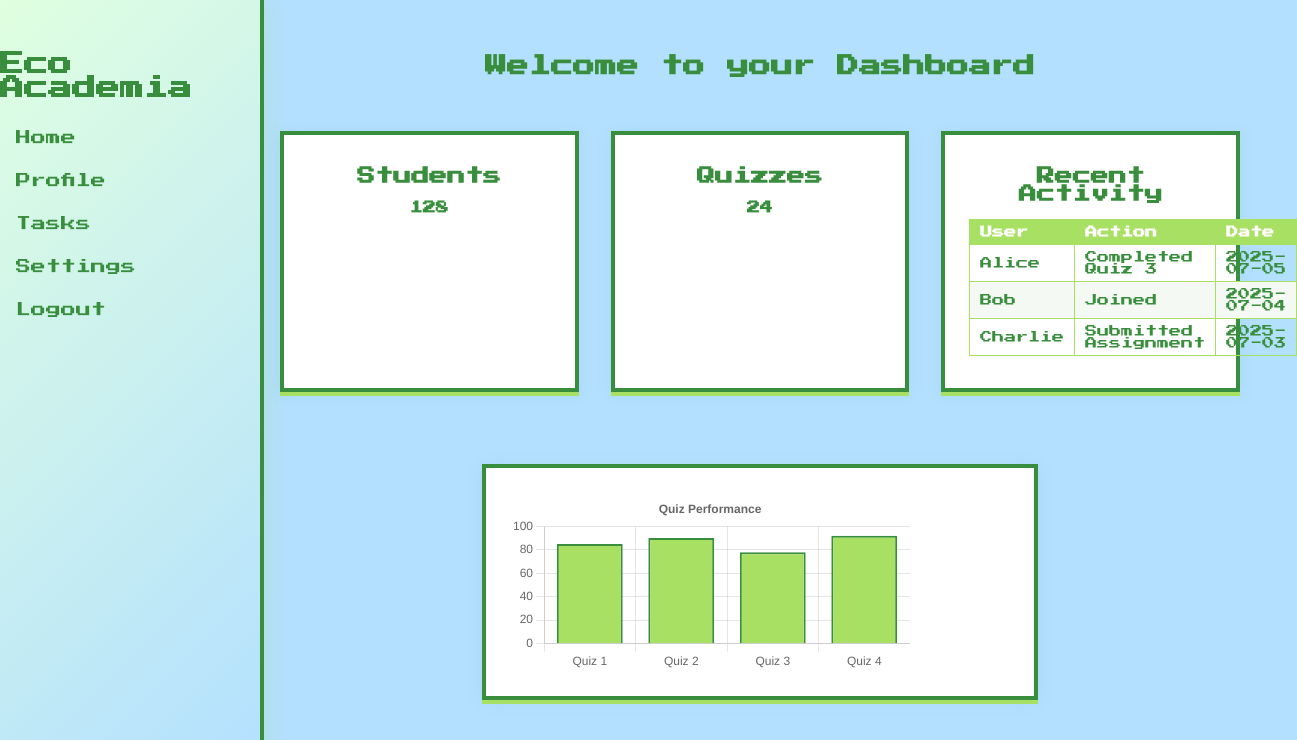
Repository: hotaruhshs/eco-academia
Page: admin/dashboard.html
These files come from the project's save history. The page is drawn as it stood at one moment and after the next save; the edit follows.
The browser window is 1280 px wide. The page is 1297 px wide, so the pictures cover 1297 px, including what lies to the right of the window. The pictures show the whole page.

Above is the page before, as saved 2025-07-06 01:53:29.

### admin/dashboard.html
<!DOCTYPE html>
<html lang="en">
  <head>
    <meta charset="UTF-8" />
    <meta name="viewport" content="width=device-width, initial-scale=1.0" />
    <title>Eco Academia Dashboard</title>
    <link rel="stylesheet" href="css/dashboard.css" />
    <link
      href="https://fonts.googleapis.com/css2?family=Press+Start+2P&display=swap"
      rel="stylesheet"
    />
  </head>
  <body>
    <div class="sidebar">
      <div
        class="hamburger"
        id="hamburgerMenu"
        aria-label="Open navigation"
        tabindex="0"
      >
        <span></span>
        <span></span>
        <span></span>
      </div>
      <h2>Eco Academia</h2>
      <ul id="sidebarLinks">
        <li><a href="#">Home</a></li>
        <li><a href="#">Profile</a></li>
        <li><a href="#">Tasks</a></li>
        <li><a href="#">Settings</a></li>
        <li><a href="#">Logout</a></li>
      </ul>
    </div>
    <div class="main-content">
      <h1>Welcome to your Dashboard</h1>
      <div class="metrics-cards">
        <div class="card metric-card">
          <h3>Students</h3>
          <p class="metric-value">128</p>
        </div>
        <div class="card metric-card">
          <h3>Quizzes</h3>
          <p class="metric-value">24</p>
        </div>
        <div class="card metric-card">
          <h3>Recent Activity</h3>
          <table class="activity-table">
            <thead>
              <tr>
                <th>User</th>
                <th>Action</th>
                <th>Date</th>
              </tr>
            </thead>
            <tbody>
              <tr>
                <td>Alice</td>
                <td>Completed Quiz 3</td>
                <td>2025-07-05</td>
              </tr>
              <tr>
                <td>Bob</td>
                <td>Joined</td>
                <td>2025-07-04</td>
              </tr>
              <tr>
                <td>Charlie</td>
                <td>Submitted Assignment</td>
                <td>2025-07-03</td>
              </tr>
            </tbody>
          </table>
        </div>
      </div>
      <div class="charts-section">
        <canvas id="progressChart" width="400" height="180"></canvas>
      </div>
    </div>
    <script src="js/dashboard.js"></script>
  </body>
</html>

### admin/css/dashboard.css
body {
  margin: 0;
  font-family: "Press Start 2P", "Segoe UI", Tahoma, Geneva, Verdana, sans-serif;
  background: #b3e0ff;
  color: #23272e;
  min-height: 100vh;
  /* Remove flex layout from body to allow normal block flow */
}

body::before,
body::after {
  display: none;
}
@import url("https://fonts.googleapis.com/css2?family=Press+Start+2P&display=swap");

.sidebar {
  position: fixed;
  left: 0;
  top: 0;
  width: 260px;
  height: 100%;
  background: linear-gradient(135deg, #e0ffe0 0%, #b3e0ff 100%);
  color: #388e3c;
  padding: 32px 0 16px 0;
  box-shadow: 4px 0 24px #a8e06333;
  border-right: 4px solid #388e3c;
  display: flex;
  flex-direction: column;
  align-items: center;
  transition: background 0.3s;
}
.sidebar-header {
  display: flex;
  align-items: center;
  gap: 12px;
  margin-bottom: 32px;
}
.sidebar-logo {
  width: 40px;
  height: 40px;
  background: #a8e063;
  border-radius: 12px;
  display: flex;
  align-items: center;
  justify-content: center;
}
.sidebar-title {
  font-family: "Press Start 2P", cursive;
  font-size: 18px;
  color: #388e3c;
  letter-spacing: 1px;
}
.sidebar-section {
  width: 100%;
  padding: 0 24px;
  margin-bottom: 18px;
}
.sidebar-section-title {
  font-size: 12px;
  color: #388e3c;
  opacity: 0.7;
  margin: 18px 0 8px 0;
  font-family: "Press Start 2P", cursive;
  letter-spacing: 1px;
}
.sidebar ul {
  list-style: none;
  padding: 0;
  margin: 0;
  width: 100%;
}
.sidebar ul li {
  margin: 0 0 8px 0;
  transition: background 0.2s, transform 0.2s;
  border-radius: 8px;
}
.sidebar ul li a {
  color: #388e3c;
  text-decoration: none;
  font-size: 15px;
  display: flex;
  align-items: center;
  gap: 12px;
  padding: 10px 16px;
  border-radius: 8px;
  font-family: "Press Start 2P", cursive;
  background: transparent;
  transition: background 0.2s, color 0.2s;
}
.sidebar ul li a:hover, .sidebar ul li a:focus {
  background: #a8e06333;
  color: #23272e;
  outline: none;
}
.sidebar-profile {
  margin-top: auto;
  width: 100%;
  padding: 16px 24px 0 24px;
  display: flex;
  align-items: center;
  gap: 12px;
  border-top: 1px solid #a8e06355;
}
.sidebar-profile-img {
  width: 36px;
  height: 36px;
  border-radius: 50%;
  background: #a8e063;
  display: flex;
  align-items: center;
  justify-content: center;
  overflow: hidden;
}
.sidebar-profile-info {
  display: flex;
  flex-direction: column;
}
.sidebar-profile-name {
  font-size: 13px;
  font-family: "Press Start 2P", cursive;
  color: #388e3c;
}
.sidebar-profile-email {
  font-size: 11px;
  color: #388e3c;
  opacity: 0.7;
}
.main-content {
  margin-left: 240px;
  padding: 40px;
  max-width: none;
  width: calc(100vw - 240px);
  box-sizing: border-box;
  display: flex;
  flex-direction: column;
  align-items: center;
}
.main-content h1 {
  color: #388e3c;
  font-family: "Press Start 2P", cursive;
  font-size: 22px;
  margin-bottom: 24px;
}
.cards {
  display: grid;
  grid-template-columns: repeat(3, 1fr);
  gap: 32px;
  margin-top: 30px;
  width: 100%;
}
.metrics-cards {
  display: grid;
  grid-template-columns: repeat(3, 1fr);
  gap: 32px;
  margin-top: 30px;
  margin-bottom: 32px;
  width: 100%;
}
.card {
  background: #fff;
  border-radius: 0;
  box-shadow: 0 4px 0 #a8e063, 0 2px 16px rgba(56, 142, 60, 0.08);
  padding: 32px 24px;
  border: 4px solid #388e3c;
  color: #388e3c;
  font-family: "Press Start 2P", "Segoe UI", Tahoma, Geneva, Verdana, sans-serif;
  text-align: center;
  transition: box-shadow 0.2s, border-color 0.2s;
  position: relative;
}
.card:hover {
  box-shadow: 0 8px 0 #a8e063, 0 4px 32px rgba(56, 142, 60, 0.18);
  border-color: #a8e063;
}
.card h3 {
  margin-top: 0;
  font-size: 18px;
  color: #388e3c;
  margin-bottom: 16px;
}
.card p {
  font-size: 13px;
  color: #388e3c;
}

/* Pixel-style button */
.btn-pixel {
  font-family: "Press Start 2P", cursive;
  background: #fff;
  color: #388e3c;
  border: 3px solid #388e3c;
  padding: 10px 24px;
  border-radius: 0;
  box-shadow: 2px 2px 0 #a8e063;
  cursor: pointer;
  transition: background 0.2s, color 0.2s;
  outline: 2px solid #a8e063;
  outline-offset: -6px;
  text-transform: uppercase;
  letter-spacing: 1px;
}
.btn-pixel:hover {
  background: #388e3c;
  color: #fff;
  border-color: #a8e063;
  outline: 2px solid #388e3c;
}

::-webkit-scrollbar {
  width: 8px;
  background: #fff;
}
::-webkit-scrollbar-thumb {
  background: #a8e063;
}
.metric-card {
  min-width: 180px;
}
.metric-value {
  font-size: 32px;
  font-weight: bold;
  color: #23272e;
  margin: 16px 0 0 0;
}
.activity-table {
  width: 100%;
  border-collapse: collapse;
  margin-top: 10px;
  font-size: 12px;
}
.activity-table th,
.activity-table td {
  border: 1px solid #a8e063;
  padding: 6px 10px;
  text-align: left;
}
.activity-table th {
  background: #a8e063;
  color: #fff;
}
.activity-table tr:nth-child(even) {
  background: #f4f9f4;
}
.charts-section {
  margin-top: 40px;
  background: #fff;
  border: 4px solid #388e3c;
  box-shadow: 0 4px 0 #a8e063, 0 2px 16px rgba(56, 142, 60, 0.08);
  padding: 24px;
  border-radius: 0;
  max-width: 500px;
  width: 100%;
  margin-left: auto;
  margin-right: auto;
}

/* Hamburger menu styles */
.hamburger {
  display: none;
  flex-direction: column;
  justify-content: center;
  align-items: center;
  width: 40px;
  height: 40px;
  cursor: pointer;
  margin-left: 10px;
  z-index: 1100;
}
.hamburger span {
  display: block;
  width: 28px;
  height: 4px;
  margin: 4px 0;
  background: #388e3c;
  border-radius: 2px;
  box-shadow: 0 1px 2px #a8e06388;
  transition: 0.3s;
}

@media (max-width: 1200px) {
  .main-content {
    padding: 20px;
    max-width: 100vw;
  }
  .metrics-cards,
  .cards {
    max-width: 100vw;
    grid-template-columns: repeat(2, 1fr);
  }
  .charts-section {
    max-width: 100vw;
  }
}
@media (max-width: 1100px) {
  .metrics-cards,
  .cards {
    grid-template-columns: repeat(2, 1fr);
  }
}
@media (max-width: 900px) {
  .sidebar {
    width: 100vw;
    height: auto;
    flex-direction: row;
    align-items: flex-start;
    padding: 0 10px;
    border-right: none;
    border-bottom: 4px solid #388e3c;
    box-shadow: 0 4px 24px #a8e06333;
  }
  .sidebar-section, .sidebar-profile {
    display: none;
  }
  .sidebar-header {
    margin-bottom: 0;
  }
}

### admin/js/dashboard.js
// dashboard.js
// Add interactivity here if needed
console.log('Dashboard loaded');

// Chart.js sample bar chart for progress
window.addEventListener('DOMContentLoaded', function () {
  // Hamburger menu functionality
  const hamburger = document.getElementById('hamburgerMenu');
  const sidebarLinks = document.getElementById('sidebarLinks');
  if (hamburger && sidebarLinks) {
    hamburger.addEventListener('click', function () {
      sidebarLinks.classList.toggle('active');
    });
    hamburger.addEventListener('keydown', function(e) {
      if (e.key === 'Enter' || e.key === ' ') {
        e.preventDefault();
        sidebarLinks.classList.toggle('active');
      }
    });
  }

  if (document.getElementById('progressChart')) {
    const ctx = document.getElementById('progressChart').getContext('2d');
    // Load Chart.js from CDN if not present
    if (typeof Chart === 'undefined') {
      const script = document.createElement('script');
      script.src = 'https://cdn.jsdelivr.net/npm/chart.js';
      script.onload = () => renderChart(ctx);
      document.head.appendChild(script);
    } else {
      renderChart(ctx);
    }
  }
});

function renderChart(ctx) {
  new Chart(ctx, {
    type: 'bar',
    data: {
      labels: ['Quiz 1', 'Quiz 2', 'Quiz 3', 'Quiz 4'],
      datasets: [{
        label: 'Average Score',
        data: [85, 90, 78, 92],
        backgroundColor: '#a8e063',
        borderColor: '#388e3c',
        borderWidth: 2
      }]
    },
    options: {
      responsive: false,
      plugins: {
        legend: { display: false },
        title: { display: true, text: 'Quiz Performance' }
      },
      scales: {
        y: { beginAtZero: true, max: 100 }
      }
    }
  });
}

After the next save:
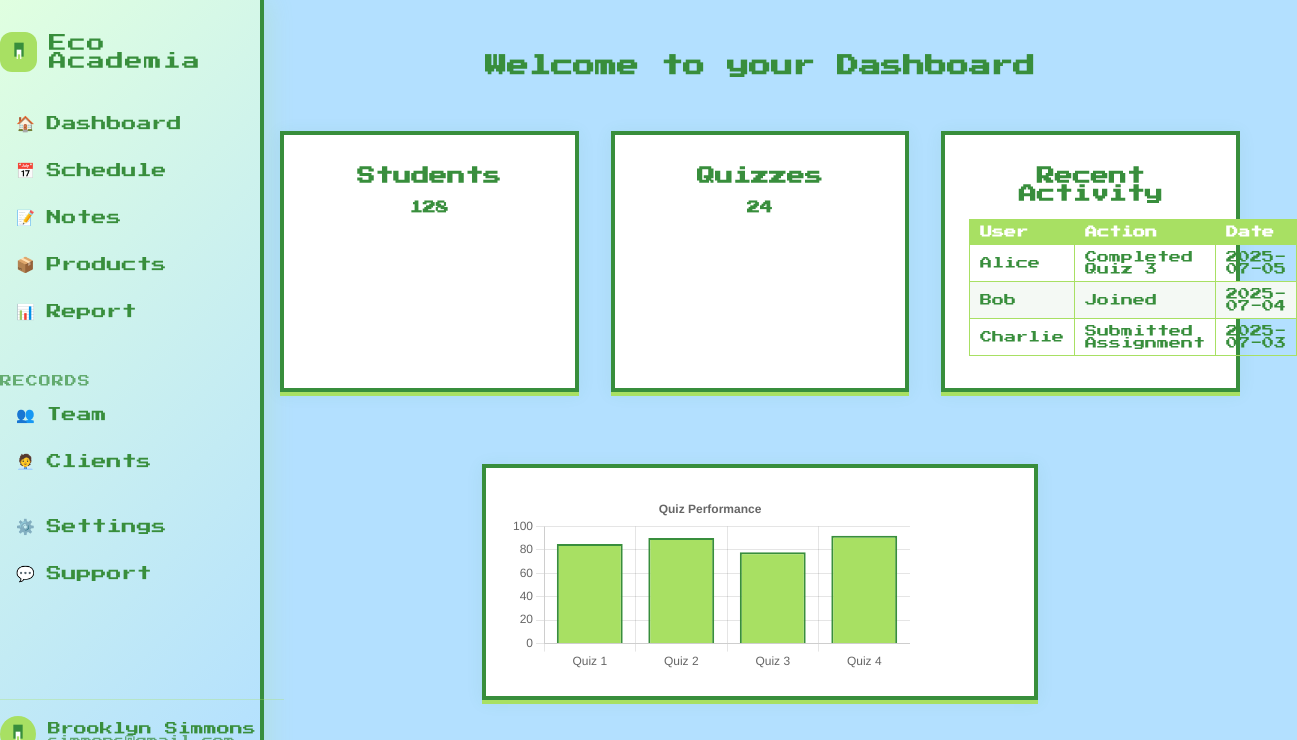
Saved 13 s later.
--- a/admin/dashboard.html
+++ b/admin/dashboard.html
@@ -12,24 +12,55 @@
   </head>
   <body>
     <div class="sidebar">
-      <div
-        class="hamburger"
-        id="hamburgerMenu"
-        aria-label="Open navigation"
-        tabindex="0"
-      >
-        <span></span>
-        <span></span>
-        <span></span>
+      <div class="sidebar-header">
+        <div class="sidebar-logo">
+          <img
+            src="images/leaf.svg"
+            alt="Logo"
+            width="28"
+            height="28"
+            style="image-rendering: pixelated"
+          />
+        </div>
+        <span class="sidebar-title">Eco Academia</span>
       </div>
-      <h2>Eco Academia</h2>
-      <ul id="sidebarLinks">
-        <li><a href="#">Home</a></li>
-        <li><a href="#">Profile</a></li>
-        <li><a href="#">Tasks</a></li>
-        <li><a href="#">Settings</a></li>
-        <li><a href="#">Logout</a></li>
-      </ul>
+      <div class="sidebar-section">
+        <ul>
+          <li><a href="#"><span>🏠</span> Dashboard</a></li>
+          <li><a href="#"><span>📅</span> Schedule</a></li>
+          <li><a href="#"><span>📝</span> Notes</a></li>
+          <li><a href="#"><span>📦</span> Products</a></li>
+          <li><a href="#"><span>📊</span> Report</a></li>
+        </ul>
+      </div>
+      <div class="sidebar-section">
+        <div class="sidebar-section-title">RECORDS</div>
+        <ul>
+          <li><a href="#"><span>👥</span> Team</a></li>
+          <li><a href="#"><span>🧑‍💼</span> Clients</a></li>
+        </ul>
+      </div>
+      <div class="sidebar-section">
+        <ul>
+          <li><a href="#"><span>⚙️</span> Settings</a></li>
+          <li><a href="#"><span>💬</span> Support</a></li>
+        </ul>
+      </div>
+      <div class="sidebar-profile">
+        <div class="sidebar-profile-img">
+          <img
+            src="images/leaf.svg"
+            alt="Profile"
+            width="28"
+            height="28"
+            style="image-rendering: pixelated"
+          />
+        </div>
+        <div class="sidebar-profile-info">
+          <span class="sidebar-profile-name">Brooklyn Simmons</span>
+          <span class="sidebar-profile-email">simmons@gmail.com</span>
+        </div>
+      </div>
     </div>
     <div class="main-content">
       <h1>Welcome to your Dashboard</h1>
